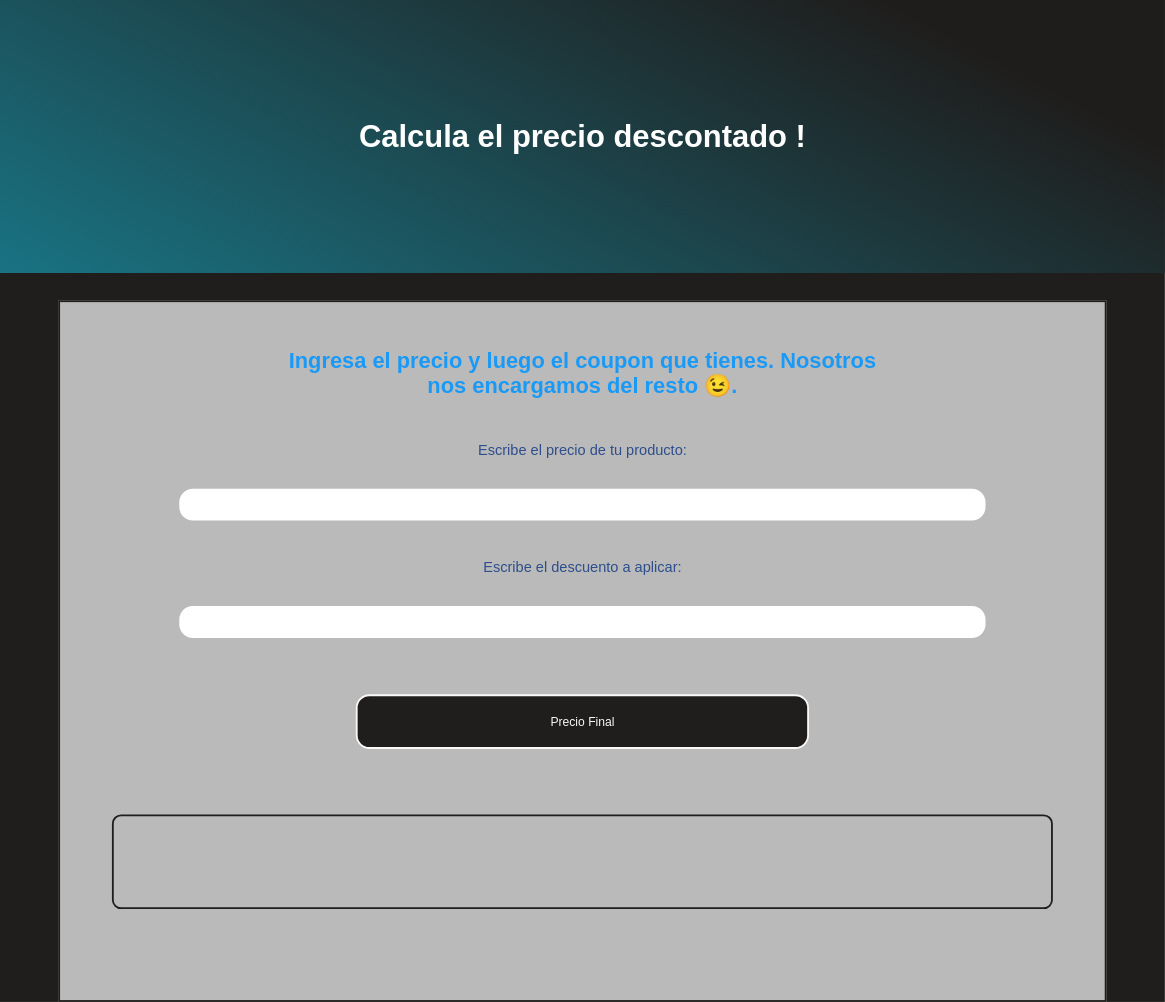
Repository: ChristianGecchelin/javascript-project
Page: javascript-project/descuentos y porcentajes/descuentos.html
An editor plug-in stored every save of this project. The page is shown before and after the next save, followed by the edit.
The browser window is 1280 px wide. The pictures show the whole page, at 91% of full size.

Above is the page before, as saved 2021-12-05 18:45:32.

After the next save:
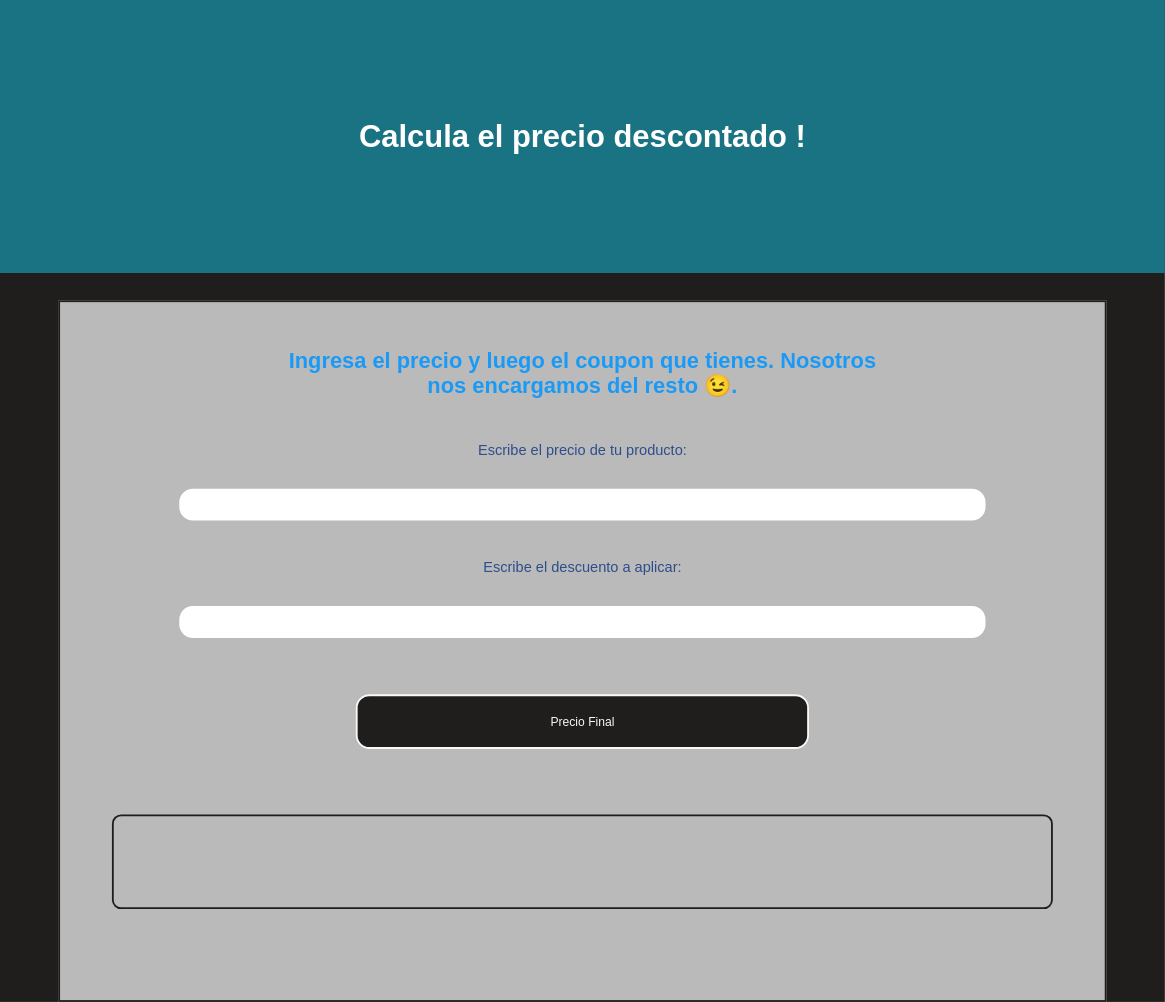
Saved 74 s later.
--- a/javascript-project/descuentos y porcentajes/style.css
+++ b/javascript-project/descuentos y porcentajes/style.css
@@ -30,7 +30,7 @@ header {
   min-width: 320px;
   height: 300px;
   text-align: center;
-  background: linear-gradient(207.8deg, #1f1d1c 16.69%, #197383 100%);
+  background: linear-gradient(207.8deg, #197383 100%, #1f1d1c 16.69%);
 }
 header .header--title-container {
   display: flex;
